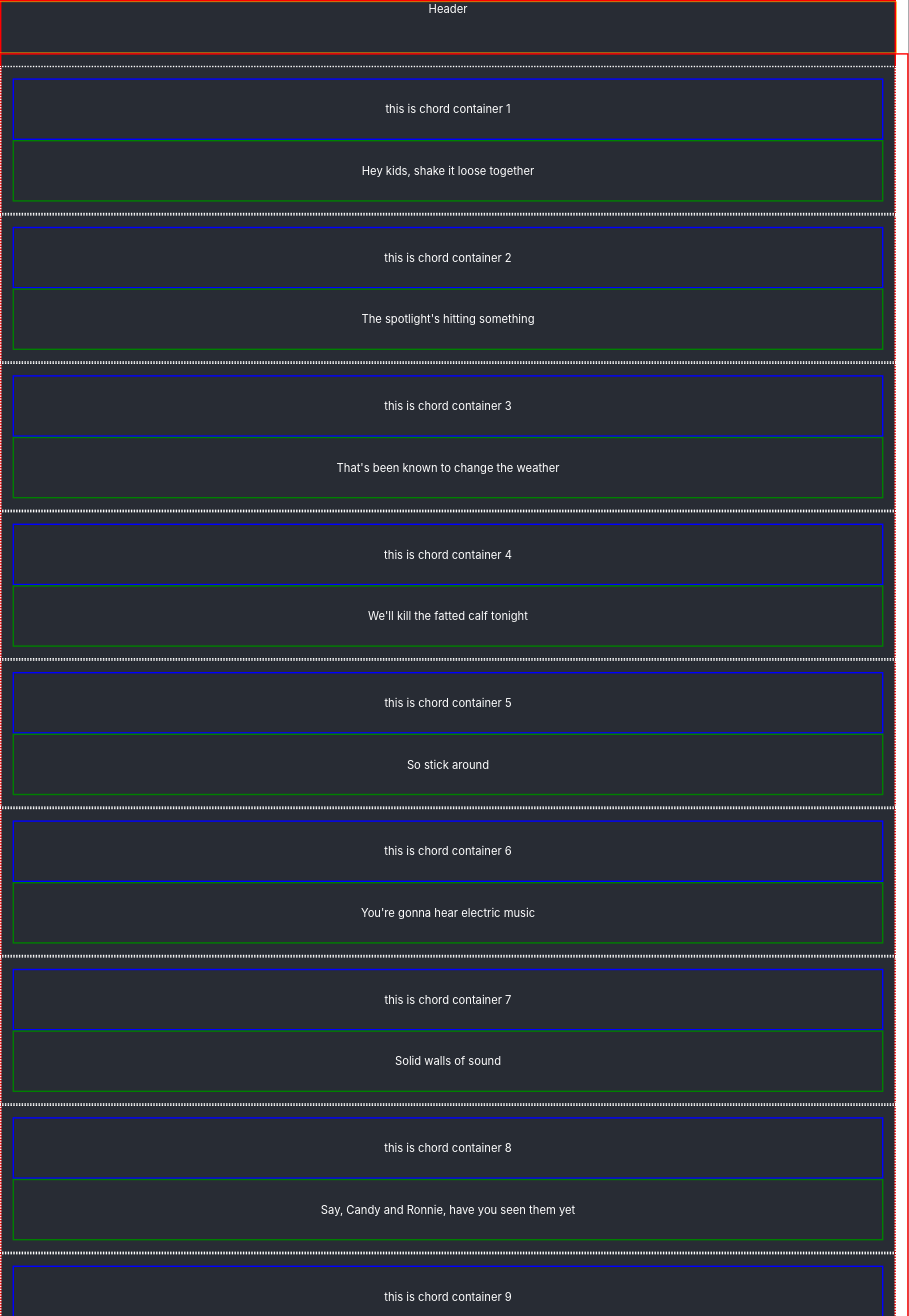
Repository: mattnoth/easy-nash-tab
Page: /
An editor plug-in stored every save of this project. The page is shown before and after the next save, followed by the edit.
The browser window is 1280 px wide. The page is 1298 px wide, so the pictures cover 1298 px, including what lies to the right of the window. The pictures show the part of the page from y = 0 to 1880 px (the page is 9442 px tall), at 70% of full size.
The project was rebuilt for these pictures with package versions that can differ from the ones it lists, and the page was loaded fresh each time.

Above is the page before, as saved 2022-08-07 14:34:23.

### src/App.js
import './App.css';
import MainContainerLogic from './components/MainContainers/MainContainerLogic.js';

function App() {
  return (
    <div className="App">
      <header className="App-header">
        Header
      </header>
      <MainContainerLogic />

    </div>
  );
}

export default App;

### src/App.css
.App {
  text-align: center;
  border: 2px solid red;
  background-color: #282c34;
  min-height: 100vh;
  display: flex;
  flex-direction: column;
  align-items: center;
  justify-content: center;
  font-size: calc(1rem);
  color: white;
}

.App-header {
  border: 1px solid orange;
  min-width: 100vw;
  min-height: 10vh;
  display: flex;
  flex-direction: row;
  justify-content: center;
}

.App-logo {
  height: 40vmin;
  pointer-events: none;
}

### src/components/MainContainers/MainContainerLogic.js
import { useState } from "react";
import React from 'react';
import { bennieAndTheJets } from '../../data/BennieAndTheJets'
import Main from '../MainContainers/Main.js'
import './mainContainerStyles.css'


function MainContainerLogic(props) {

    /**
     * @states
     * @fullLyricString
     * @lyricArray initial arr of split lyrics
     * @currentLine Object with current lines - probably needs a better name
     */
    const [fullLyricString, setFullLyricsString] = useState('')
    const [lyricArray, setLyricArray] = useState([])
    const [currentLine, setCurrentLine] = useState([]);

    // temp @var for objects
    let tempLyrics;

    /**
     * @helper split lyrics by linebreak, set lyric array @state
     * @param {passed full lyrics} lyrics
     */
    const splitLyrics = (lyrics) => {
        const arr = lyrics.split(/\r?\n/);
        setLyricArray(arr);
    }

    /**
     * @helper creates object for each line with unique id
     * @param {full lyric array} lyrics
     * @returns array of objects with each line value and id value
     */
    const createObject = (lyrics) => {
        let obj = {};
        let arr = [];

        for (let i = 0; i < lyrics.length; i++) {
            obj = {
                lyric: lyrics[i],
                currentId: i
            }
            arr.push(obj)
        }
        return arr;
    }

    /** @conditional to set Full Lyric String to @state */
    if (fullLyricString == '') {
        setFullLyricsString(bennieAndTheJets);
    }

    /** @conditional to run @splitLyric helper */
    if (fullLyricString && lyricArray.length === 0) {
        splitLyrics(fullLyricString);
    }

    /** @conditional after array set, remove first empty line, run @createObject on lyric array*/
    if (lyricArray.length > 0) {
        if (lyricArray[0]) {
            return;
        } else {
            tempLyrics = createObject(lyricArray);
        }
    }

    /** @check if tempLyrics, map each line's obj to an arr of objects  */
    if (tempLyrics) {
        tempLyrics.map((line) => {
            currentLine.push(line);
        })
    }

    /** @return main container, checks and returns on line 0, map each line to div and send props */
    return (
        <>
            <div className="mainContainer">
                {
                    currentLine.map((line) => {
                        if (line?.currentId === 0) {
                            return
                        } else {
                            return (
                                <div className="oneLine" key={"div " + line?.currentId}>
                                    <Main
                                        line={line}
                                        key={"main " + line?.currentId}
                                    />
                                </div>

                            )
                        }
                    })
                }
            </div>
        </>
    );
}

export default MainContainerLogic;

### src/data/BennieAndTheJets.js
export const bennieAndTheJets = `
Hey kids, shake it loose together
The spotlight's hitting something
That's been known to change the weather
We'll kill the fatted calf tonight
So stick around
You're gonna hear electric music
Solid walls of sound
Say, Candy and Ronnie, have you seen them yet
Ohh, but they're so spaced out, B-b-b-b Bennie and the Jets
Oh but they're weird and they're wonderful
Oh Bennie she's really keen
She's got electric boots a mohair suit
You know I read it in a magazine
Oh oh, B - b - b - b Bennie and the Jets
Bennie, Bennie and the Jets
Hey kids, plug into the faithless
Maybe they're blinded
But Bennie makes them ageless
We shall survive, let us take ourselves along
Where we fight our parents out in the streets
To find who's right and who's wrong
Say, Candy and Ronnie, have you seen them yet
Ohh, but they're so spaced out, B-b-b-b Bennie and the Jets
Oh but they're weird and they're wonderful
Oh Bennie she's really keen
She's got electric boots a mohair suit
You know I read it in a magazine
Oh oh, B - b - b - b Bennie and the Jets
Bennie, Bennie and the Jets
Hey kids, plug into the faithless
Maybe they're blinded
But Bennie makes them ageless
We shall survive, let us take ourselves along
Where we fight our parents out in the streets
To find who's right and who's wrong
Say, Candy and Ronnie, have you seen them yet
Ohh, but they're so spaced out, B-b-b-b Bennie and the Jets
Oh but they're weird and they're wonderful
Oh Bennie she's really keen
She's got electric boots a mohair suit
You know I read it in a magazine
Oh oh, B - b - b - b Bennie and the Jets
Bennie, Bennie, Bennie, Bennie and the Jets
Bennie and the Jets`

### src/components/MainContainers/Main.js
import React from 'react';
import ChordContainer from '../ChordContainer/ChordContainer.js';
import LyricContainer from '../LyricContainer/LyricContainer.js'
import './mainContainerStyles.css'

function Main({ line }) {
    return (
        <>
            <ChordContainer
                line={line}

            />
            <LyricContainer
                line={line} />
        </>
    );
}

export default Main;

### src/components/MainContainers/mainContainerStyles.css
.mainContainer {
    padding: 1rem;
    display: flex;
    flex-direction: column;
    border: 2px solid red;
    min-width: 100vw;
}

.oneLine {
    border: 2px dotted white;
    padding: 1rem;
}

.chordContainer {
    border: 2px solid blue;
    padding: 2rem;
}

.lyricContainer {
    border: 2px solid green;
    padding: 2rem;
}

### src/components/ChordContainer/ChordContainer.js
import React from 'react';

function ChordContainer({ line }) {
    return (
        <div className="chordContainer">
            this is chord container {line?.currentId}
        </div>
    );
}

export default ChordContainer;

### src/components/LyricContainer/LyricContainer.js
import React from 'react';

function LyricContainer({ line }) {
    return (
        <div
            className="lyricContainer"> {line?.lyric}
        </div>
    );
}

export default LyricContainer;

Loaded but not shown: public/index.html (common file); src/index.js (common file); src/index.css (common file); src/reportWebVitals.js (common file)

After the next save:
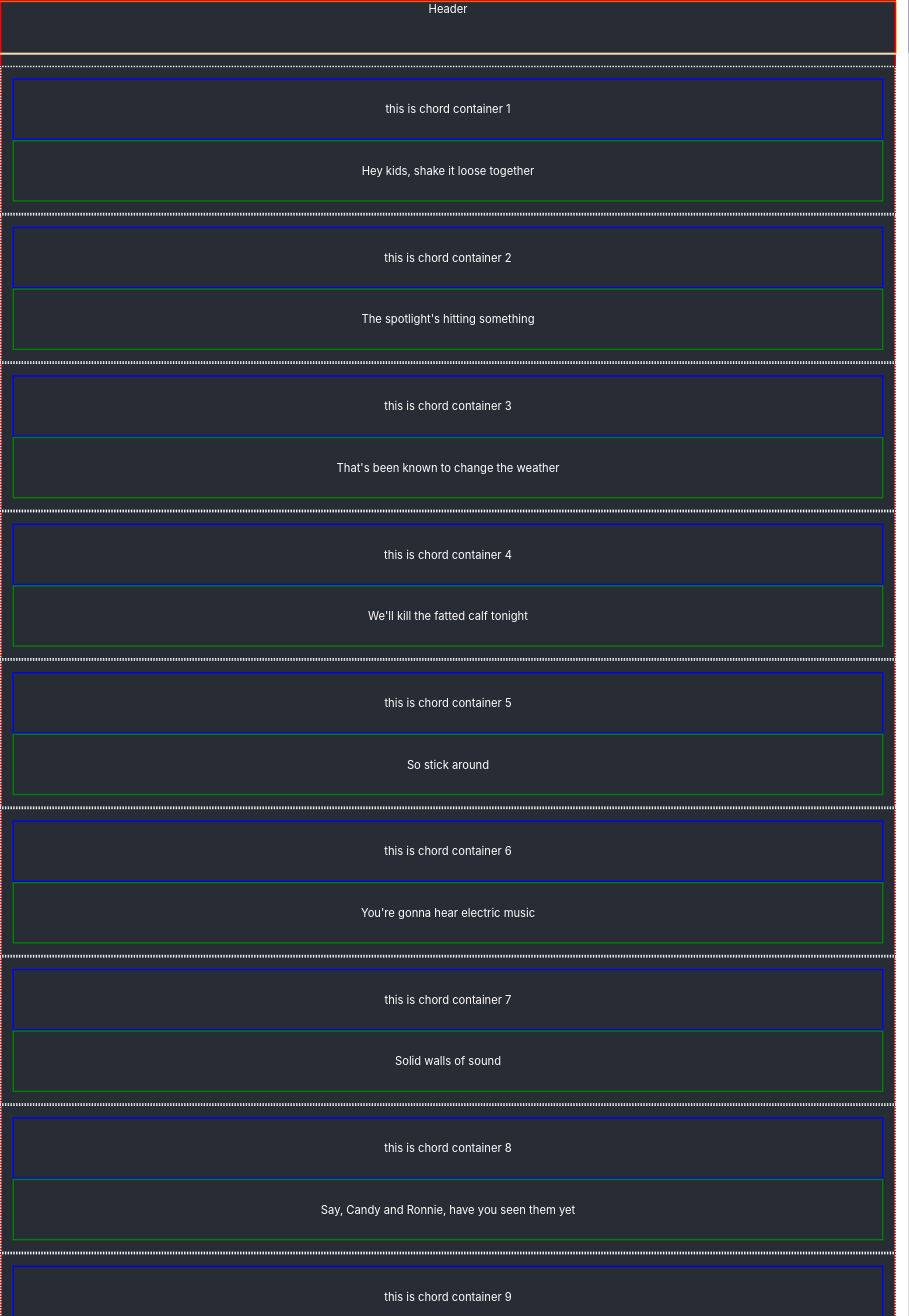
Saved 12 s later.
--- a/src/components/MainContainers/mainContainerStyles.css
+++ b/src/components/MainContainers/mainContainerStyles.css
@@ -2,7 +2,7 @@
     padding: 1rem;
     display: flex;
     flex-direction: column;
-    border: 2px solid red;
+    border: 2px solid white;
     min-width: 100vw;
 }
 
